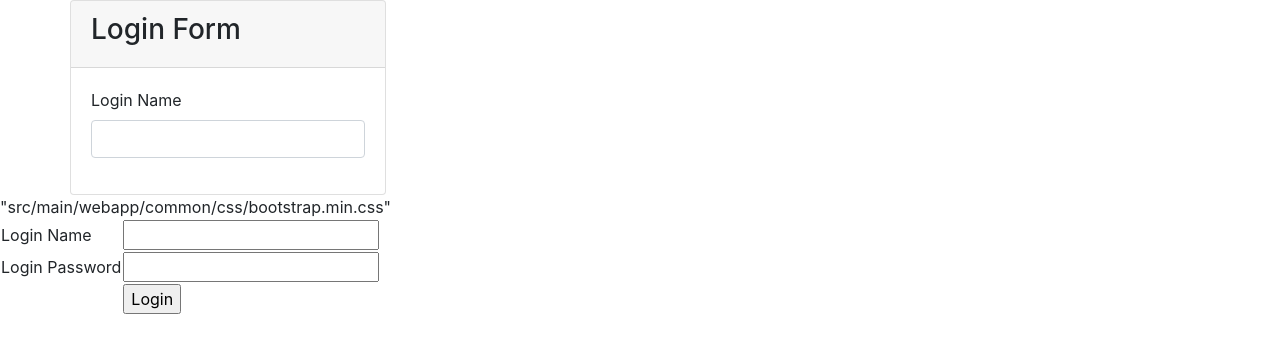
Repository: HsuMon123/Testing-Java-EE
Page: http://localhost/02-hello-servlet/
The author's editor kept a copy of each file at every save. The page is drawn from the files as they stood at one save, then again after the next save.
The browser window is 1280 px wide. The pictures show the whole page.
The page is served by Tomcat 9. Other server files are loaded and not shown.

Above is the page before, as saved 2020-12-15 07:11:55.

### 02-hello-servlet/src/main/webapp/index.jsp
<%@ page language="java" contentType="text/html; charset=ISO-8859-1"
    pageEncoding="ISO-8859-1"%>
<!DOCTYPE html>
<html>
<head>
<meta charset="ISO-8859-1">
<title>Login Page</title>
<link href="./common/css/bootstrap.min.css" rel="stylesheet" type="text/css"/>
<script type="text/javascript" src="./common/js/jquery.min.js"></script>
<script type="text/javascript" src="./common/js/bootstrap.min.js"></script>
</head>
<body>

	<div class="container">
		<div class="row">
			<div class="card">
				<div class="card-header">
					<h3>Login Form</h3>
				</div>
				<div class="card-body">
					<form action="login" class="form">
						<div class="form-group">
							<label for="">Login Name</label>
							<input type="text" name="uname" class="form-control" />
						</div>
					</form>
				</div>
			</div>
		</div>
	</div>


	<form action="login" method="post">
		<table>"src/main/webapp/common/css/bootstrap.min.css"
			<tr>
				<td>Login Name</td>
				<td>
					<input type="text" name="uname"/>
				</td>
			</tr>
			<tr>
				<td>Login Password</td>
				<td>
					<input type="password" name="upass" />
				</td>
			</tr>
			<tr>
				<td></td>
				<td>
					<input type="submit" value="Login" />
				</td>
			</tr>
		</table>
	</form>
</body>
</html>

Loaded but not shown: 02-hello-servlet/src/main/webapp/common/css/bootstrap.min.css (library); 02-hello-servlet/src/main/webapp/common/js/jquery.min.js (library); 02-hello-servlet/src/main/webapp/common/js/bootstrap.min.js (library)

After the next save:
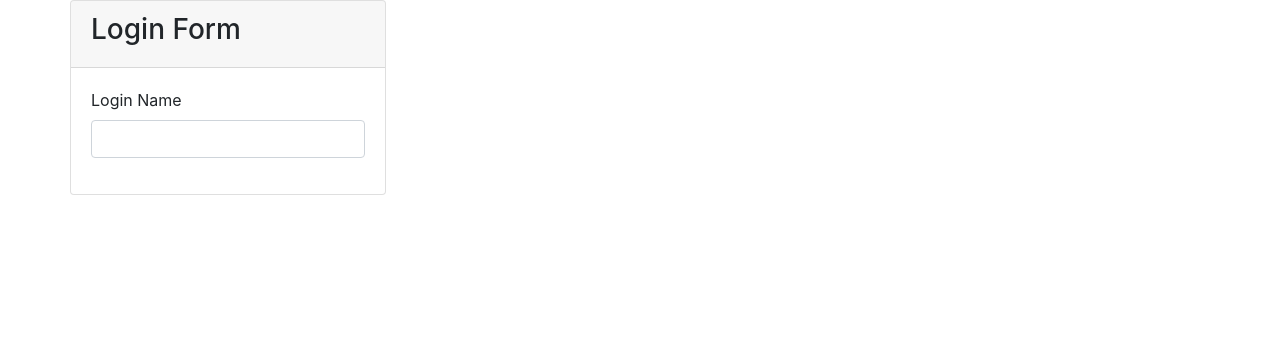
Saved 31 s later.
--- a/02-hello-servlet/src/main/webapp/index.jsp
+++ b/02-hello-servlet/src/main/webapp/index.jsp
@@ -30,27 +30,5 @@
 	</div>
 
 
-	<form action="login" method="post">
-		<table>"src/main/webapp/common/css/bootstrap.min.css"
-			<tr>
-				<td>Login Name</td>
-				<td>
-					<input type="text" name="uname"/>
-				</td>
-			</tr>
-			<tr>
-				<td>Login Password</td>
-				<td>
-					<input type="password" name="upass" />
-				</td>
-			</tr>
-			<tr>
-				<td></td>
-				<td>
-					<input type="submit" value="Login" />
-				</td>
-			</tr>
-		</table>
-	</form>
 </body>
 </html>
